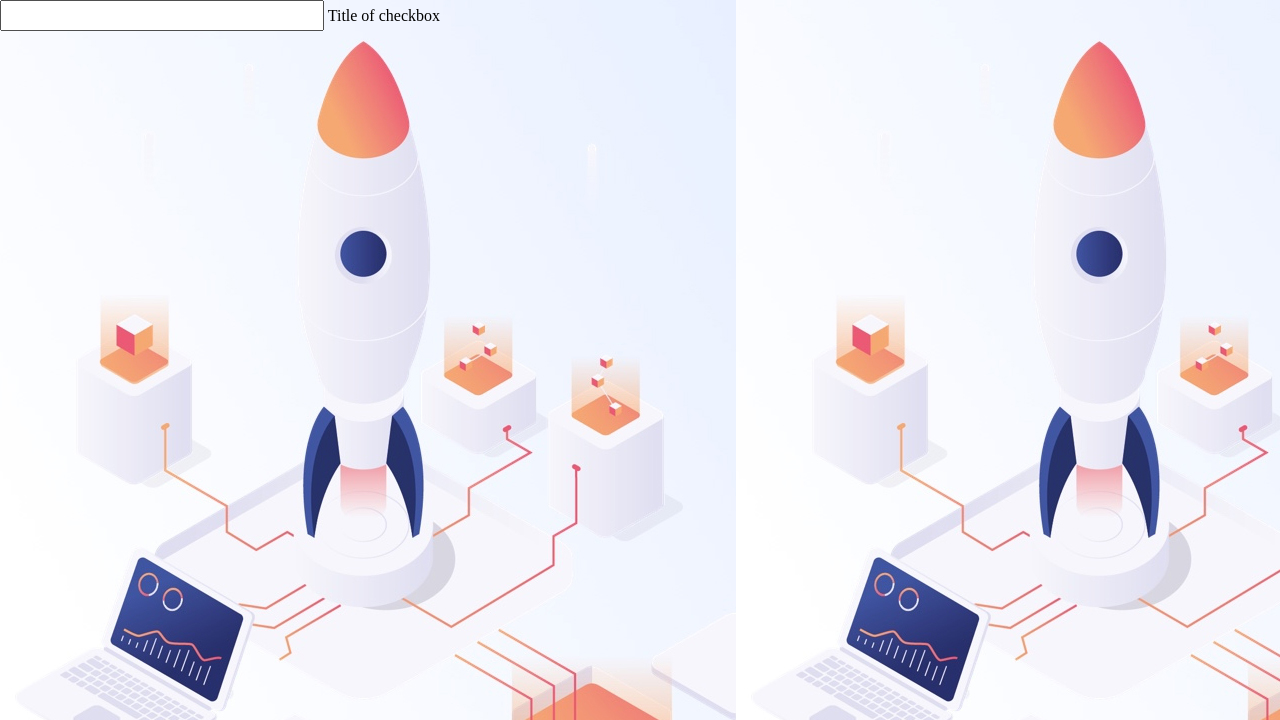
Repository: evondev/html-css-basic-course
Page: index.html
An editor plug-in stored every save of this project. The page is shown before and after the next save, followed by the edit.
The browser window is 1280 px wide. The pictures show the whole page.
Some web libraries are served in a nearby version. The style sheet was rebuilt from its Sass, Less or Tailwind sources for each picture, by a compiler version that may differ from the author's.

Above is the page before, as saved 2020-12-28 23:15:57.

After the next save:
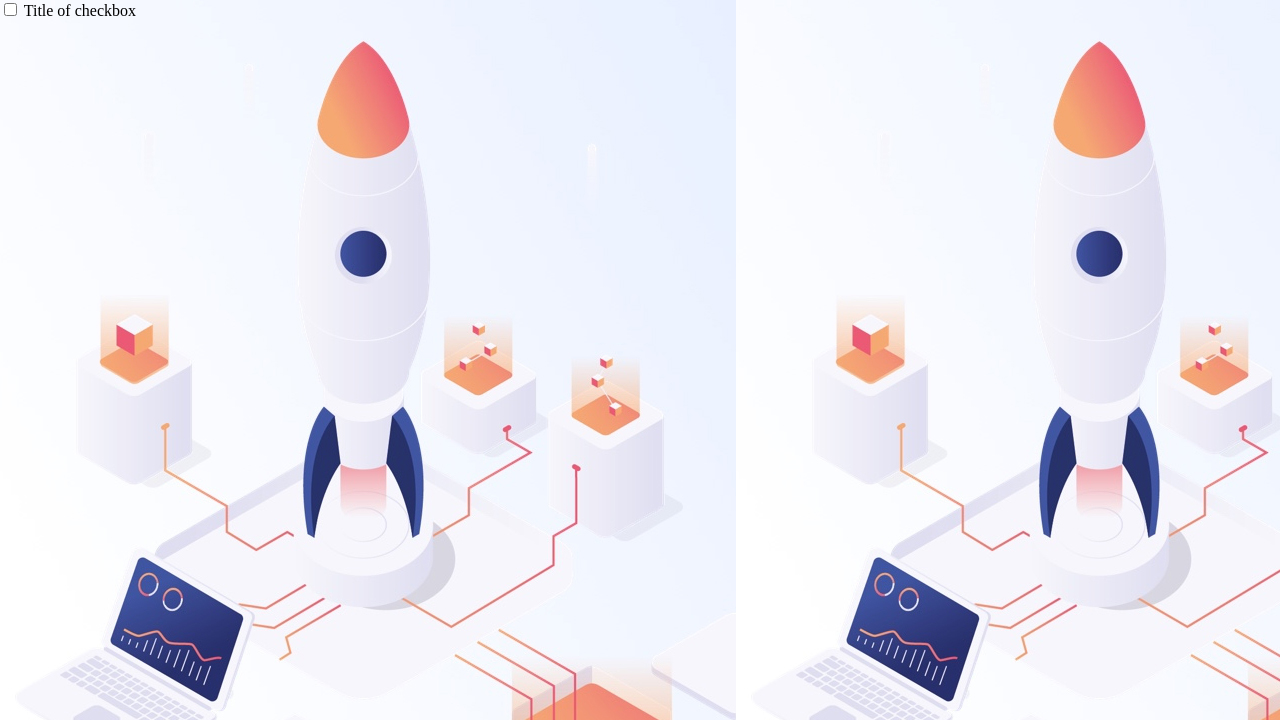
Saved 8 s later.
--- a/index.html
+++ b/index.html
@@ -23,7 +23,7 @@
   </head>
   <body>
     <div class="custom-checkbox">
-      <input type="text" class="custom-checkbox-input" id="checkbox">
+      <input type="checkbox" class="custom-checkbox-input" id="checkbox">
       <label for="checkbox">Title of checkbox</label>
     </div>
   </body>
